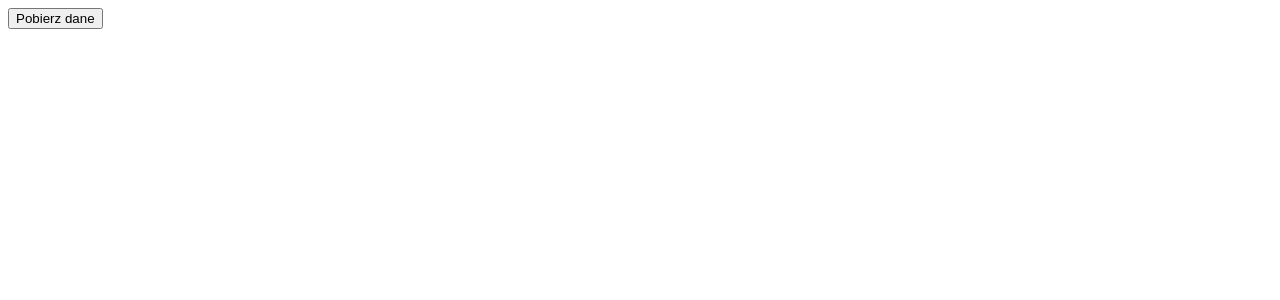
Repository: magdaf41/AJAX
Page: zadanie 1/index.html
The author's editor kept a copy of each file at every save. The page is drawn from the files as they stood at one save, then again after the next save.
The browser window is 1280 px wide. The pictures show the whole page.

Above is the page before, as saved 2020-09-13 21:48:23.

After the next save:
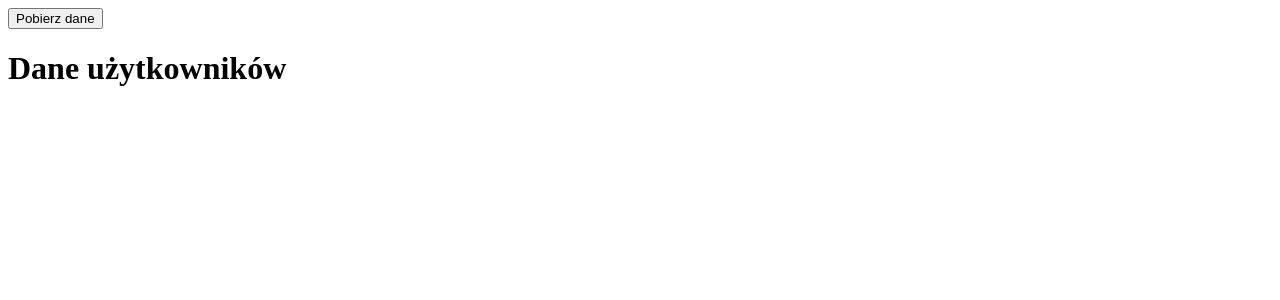
Saved 22 s later.
--- a/zadanie 1/index.html
+++ b/zadanie 1/index.html
@@ -10,6 +10,7 @@
 <body>
 
     <button id="get-data">Pobierz dane</button>
+    <h1>Dane użytkowników</h1>
     <div id="userData"></div>
 
 
